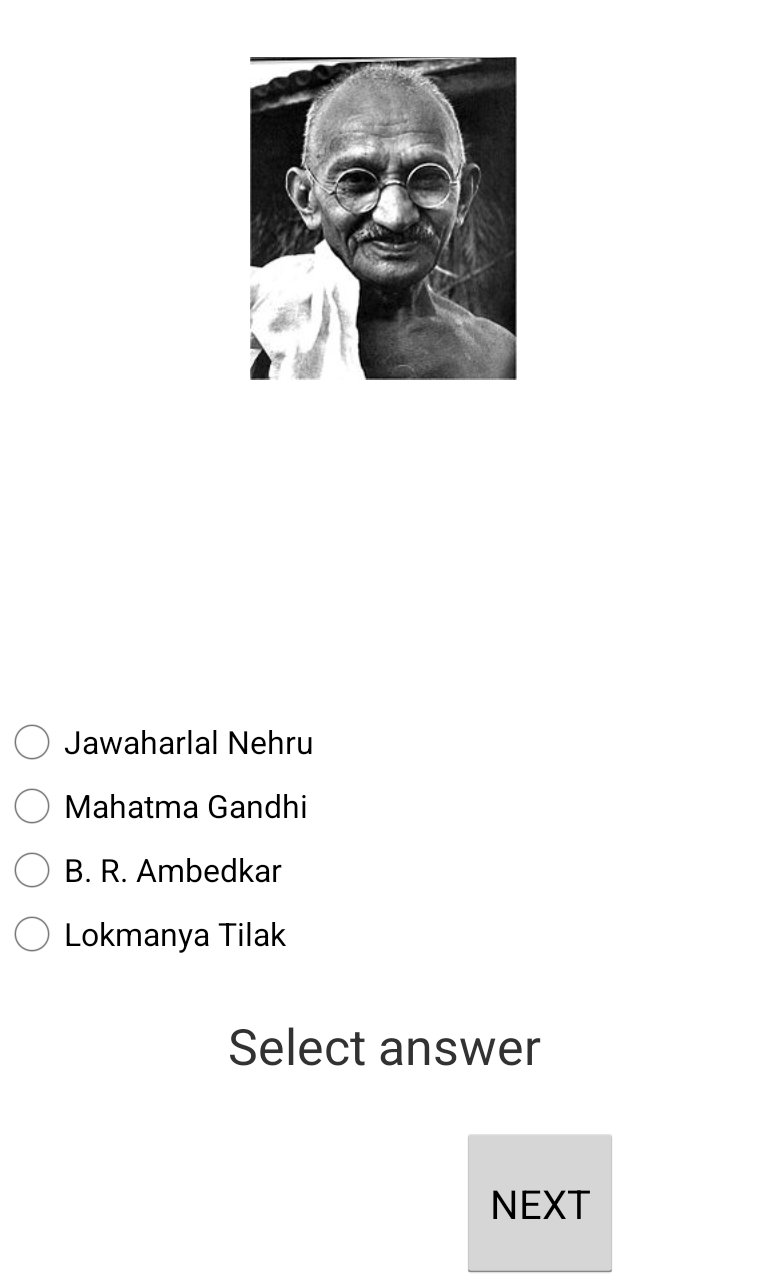
Repository: rupaligarje123/aakash
Layout: androidphotoquiz/FunChem1/photoquiz/res/layout/que4.xml
An editor plug-in stored every save of this project. The layout is shown before and after the next save, followed by the edit.
It is drawn on a 768 x 1280 px phone screen (xhdpi) without system bars, with theme AppTheme; the app's code is not run.

Above is the layout before, as saved 2013-04-18 10:42:16.

After the next save:
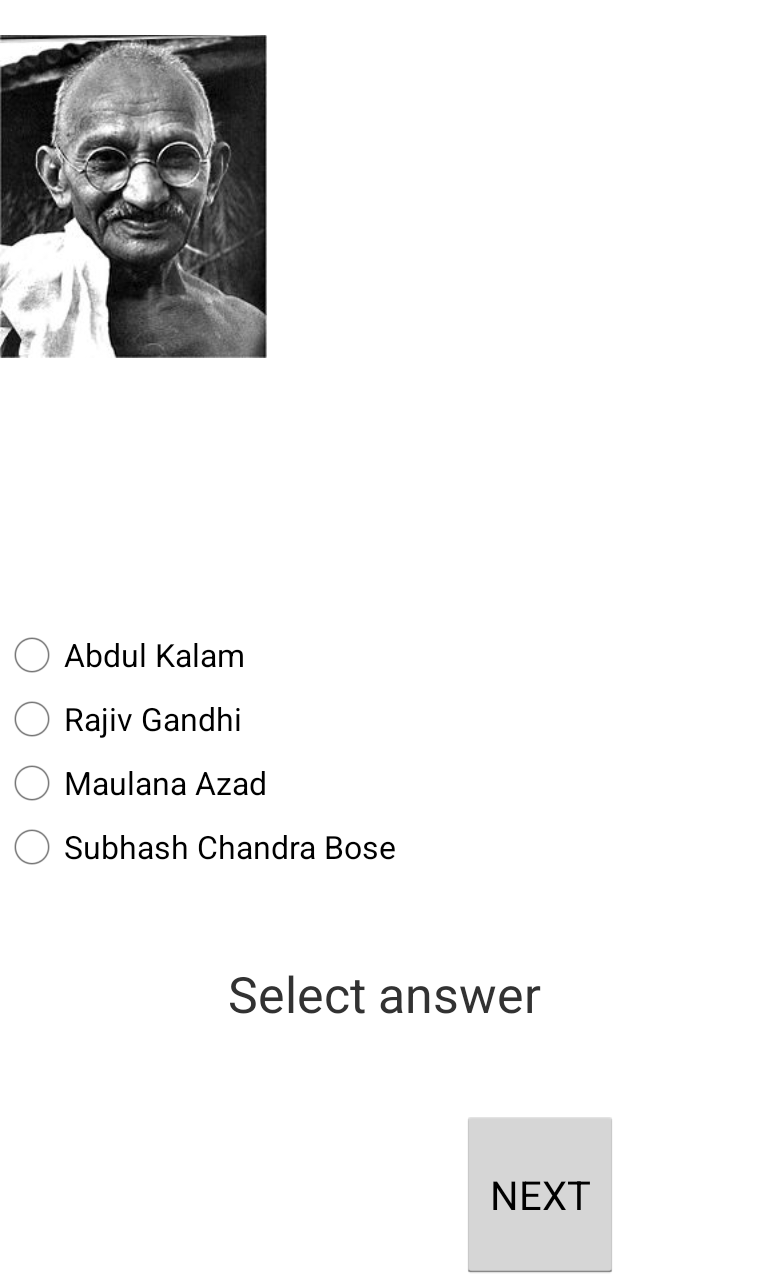
Saved 3 min 44 s later.
--- a/androidphotoquiz/FunChem1/photoquiz/res/layout/que4.xml
+++ b/androidphotoquiz/FunChem1/photoquiz/res/layout/que4.xml
@@ -1,15 +1,15 @@
 <?xml version="1.0" encoding="utf-8"?>
 <LinearLayout xmlns:android="http://schemas.android.com/apk/res/android"
     android:layout_width="match_parent"
-    android:layout_height="match_parent"
+    android:layout_height="wrap_content"
     android:orientation="vertical" >
 
     <ImageView
         android:id="@+id/imageView1"
         android:layout_width="wrap_content"
         android:layout_height="wrap_content"
-         android:layout_gravity="center"
         android:layout_weight="1"
+        android:gravity="center"
         android:src="@drawable/pic4" />
 
     <TextView
@@ -18,55 +18,59 @@
         android:layout_height="80sp"
         android:layout_weight="1"
         android:gravity="center"
+        android:text=""
         android:textSize="25sp" >
     </TextView>
-	<RadioGroup
+<RadioGroup
     android:layout_width="fill_parent"
     android:layout_height="wrap_content"
     android:orientation="vertical">
     >
     <RadioButton
-        android:id="@+id/rd401"
-        android:layout_width="wrap_content"
-        android:layout_height="wrap_content"
+        android:id="@+id/rd501"
+        android:layout_width="match_parent"
+        android:layout_height="0dp"
         android:layout_weight="1"
-        android:text="Jawaharlal Nehru" />
+        android:text="Abdul Kalam" />
 
     <RadioButton
-        android:id="@+id/rd402"
-        android:layout_width="wrap_content"
-        android:layout_height="wrap_content"
+        android:id="@+id/rd502"
+        android:layout_width="match_parent"
+        android:layout_height="0dp"
         android:layout_weight="1"
-        android:text="Mahatma Gandhi" />
+        android:text="Rajiv Gandhi" />
 
     <RadioButton
-        android:id="@+id/rd403"
-        android:layout_width="wrap_content"
-        android:layout_height="wrap_content"
+        android:id="@+id/rd503"
+        android:layout_width="match_parent"
+        android:layout_height="0dp"
         android:layout_weight="1"
-        android:text="B. R. Ambedkar" />
+        android:text="Maulana Azad" />
 
     <RadioButton
-        android:id="@+id/rd404"
-        android:layout_width="wrap_content"
-        android:layout_height="wrap_content"
+        android:id="@+id/rd504"
+        android:layout_width="match_parent"
+        android:layout_height="0dp"
         android:layout_weight="1"
-        android:text="Lokmanya Tilak" />
+        android:text="Subhash Chandra Bose " />
     </RadioGroup>
-<TextView
-    android:id="@+id/tvr4"
-    android:layout_width="match_parent"
-    android:layout_height="80dp"
-    android:gravity="center"
-    android:text="@string/Result"
-    android:textSize="25sp" />
-<Button
-   android:id="@+id/bn4"
+   <TextView
+        android:id="@+id/tvr5"
+        android:layout_width="match_parent"
+        android:layout_height="80sp"
+        android:layout_weight="1"
+        android:gravity="center"
+        android:text="@string/Result"
+        android:textSize="25sp" >
+    </TextView>
+    <Button
+        android:id="@+id/bn5"
         android:layout_width="80sp"
-        android:layout_height="20sp"
+        android:layout_height="50sp"
         android:layout_weight="1"
         android:text="NEXT"
         android:textSize="20sp"
         android:layout_marginLeft="230sp"
+
         />
 </LinearLayout>
